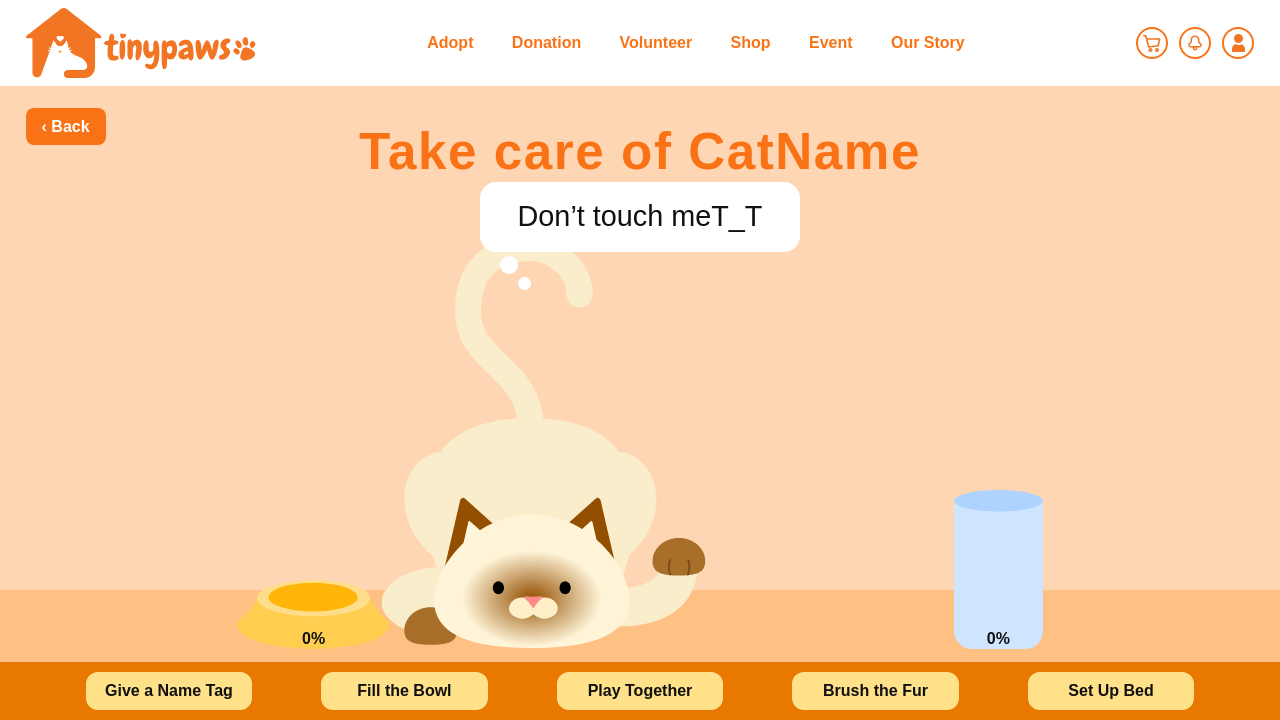
Repository: LShuyanLi/TinyPaws
Page: /, after clicking the first element matching `div > div`
The author's editor kept a copy of each file at every save. The page is drawn from the files as they stood at one save, then again after the next save.
The browser window is 1280 px wide. The pictures show the whole page.
The project was rebuilt for these pictures with package versions that can differ from the ones it lists, and the page was loaded fresh each time. The framework's server and built-in components were replaced by stand-ins that run in the browser. Also part of the build but not shown: next.config.mjs.

Above is the page before, as saved 2026-05-09 23:44:56.

### app/layout.js
import { Geist, Geist_Mono } from "next/font/google";
import "./globals.css";

const geistSans = Geist({
  variable: "--font-geist-sans",
  subsets: ["latin"],
});

const geistMono = Geist_Mono({
  variable: "--font-geist-mono",
  subsets: ["latin"],
});

export const metadata = {
  title: "Create Next App",
  description: "Generated by create next app",
};

export default function RootLayout({ children }) {
  return (
    <html lang="en" className={`${geistSans.variable} ${geistMono.variable}`}>
      <body>{children}</body>
    </html>
  );
}

### app/page.js
"use client";

import { useState } from "react";

import Header from "@/components/shared/Header";
import ChooseScreen from "@/components/shuyan/ChooseScreen";
import PlayScreen from "@/components/shuyan/PlayScreen";



export default function Home() {
  const [screen, setScreen] = useState("choose");
  const [selectedCat, setSelectedCat] = useState(null);

  function goToChoose() {
    setScreen("choose");
  }

  function goToPlay(catImage) {
    setSelectedCat(catImage);
    setScreen("play");
  }

  return (
    <main
      style={{
        width: "100vw",
        height: "100vh",
        margin: 0,
        overflow: "hidden",
        fontFamily: "Arial, Helvetica, sans-serif",
        backgroundColor: "#ffd6b3",
      }}
    >
      <Header />

      {screen === "choose" && (
        <ChooseScreen goToPlay={goToPlay} />
      )}

      {screen === "play" && (
        <PlayScreen
        goToChoose={goToChoose}
        selectedCat={selectedCat} />
      )}
    </main>
  );
}

### app/globals.css
:root {
  --background: #ffffff;
  --foreground: #171717;
}

@media (prefers-color-scheme: dark) {
  :root {
    --background: #0a0a0a;
    --foreground: #ededed;
  }
}

html {
  height: 100%;
}

html,
body {
  max-width: 100vw;
  overflow-x: hidden;
}

body {
  min-height: 100%;
  display: flex;
  flex-direction: column;
  color: var(--foreground);
  background: var(--background);
  font-family: Arial, Helvetica, sans-serif;
  -webkit-font-smoothing: antialiased;
  -moz-osx-font-smoothing: grayscale;
}

* {
  box-sizing: border-box;
  padding: 0;
  margin: 0;
}

a {
  color: inherit;
  text-decoration: none;
}

@media (prefers-color-scheme: dark) {
  html {
    color-scheme: dark;
  }
}

### components/shared/Header.jsx
// Displays the decorative top navigation area with the logo, nav menu, and icons.

export default function Header() {
  return (
    <header
      style={{
        width: "100%",
        height: "12vh",
        backgroundColor: "#ffffff",
        display: "flex",
        alignItems: "center",
        justifyContent: "space-between",
        padding: "0 2vw",
        boxSizing: "border-box",
      }}
    >
      <img
        src="/Logo.svg"
        alt="TinyPaws logo"
        style={{
          width: "18vw",
          minWidth: "150px",
          maxWidth: "270px",
          height: "auto",
        }}
      />

      <nav
        style={{
          display: "flex",
          gap: "3vw",
          color: "#f97316",
          fontWeight: "700",
          fontSize: "1rem",
        }}
      >
        <span>Adopt</span>
        <span>Donation</span>
        <span>Volunteer</span>
        <span>Shop</span>
        <span>Event</span>
        <span>Our Story</span>
      </nav>

      <div
        style={{
          display: "flex",
          gap: "0.7rem",
        }}
      >
        <button style={iconButtonStyle}>
         <img src="/chart.svg" style={iconImageStyle} />
        </button>

        <button style={iconButtonStyle}>
          <img src="/bell.svg" style={iconImageStyle} />
        </button>

        <button style={iconButtonStyle}>
         <img src="/user.svg" style={iconImageStyle} />
        </button>
      </div>
    </header>
  );
}

const iconButtonStyle = {
  width: "2rem",
  height: "2rem",
  border: "2px solid #f97316",
  borderRadius: "50%",
  backgroundColor: "#ffffff",
  color: "#f97316",
  cursor: "pointer",
  display: "flex",
  alignItems: "center",
  justifyContent: "center",
};

const iconImageStyle = {
  width: "1.1rem",
  height: "1.1rem",
  objectFit: "contain",
  display: "block",
};

### components/shuyan/ChooseScreen.jsx
import PokeCatBall from "@/components/shuyan/PokeCatBall";

export default function ChooseScreen({ goToPlay }) {

    return (
        <section
        style={{
            position: "relative",
            width: "100%",
            height: "88vh",
            backgroundColor: "#ffd6b3",
        }}
        >

        <h1
            style={{
            margin: 0,
            paddingTop: "5vh",
            textAlign: "center",
            color: "#f97316",
            fontSize: "clamp(2rem, 4vw, 3.3rem)",
            fontWeight: "700",
            letterSpacing: "0.03em",
            }}
        >
            Choose Your New Little Friend
        </h1>

        <div
            style={{
            position: "relative",
            zIndex: 5,
            width: "100%",
            display: "flex",
            justifyContent: "space-around",
            alignItems: "flex-start",
            marginTop: "8vh",
            padding: "0 4vw",
            boxSizing: "border-box",
            }}
        >
            <PokeCatBall
                closeBall="/CloseBall.svg"
                openBall="/OpenBall-1.svg"
                catImage="/cat-1.svg"
                goToPlay={goToPlay} />
            <PokeCatBall
                closeBall="/CloseBall.svg"
                openBall="/OpenBall-2.svg"
                catImage="/cat-2.svg"
                goToPlay={goToPlay} />
            <PokeCatBall
                closeBall="/CloseBall.svg"
                openBall="/OpenBall-3.svg"
                catImage="/cat-3.svg"
                goToPlay={goToPlay} />
        </div>

        <div
            style={{
            position: "absolute",
            left: 0,
            bottom: "7.5vh",
            width: "100%",
            height: "10vh",
            backgroundColor: "#ffc083",
            }}
        />

        <div
            style={{
            position: "absolute",
            left: 0,
            bottom: 0,
            width: "100%",
            height: "7.5vh",
            backgroundColor: "#e97800",
            }}
        />
        </section>
    );
}

### components/shuyan/PlayScreen.jsx
// PlayScreen.jsx: Builds the main cat play screen with the background, cat area, feeding area, tools, bed, and bottom buttons.

import BackButton from "@/components/shuyan/BackButton";
import BottomActionBar from "@/components/shuyan/BottomActionBar";
import CatDisplay from "@/components/shared/CatDisplay";
import FoodBowl from "@/components/Jinwon/FoodBowl";
import WaterBottle from "@/components/Jinwon/WaterBottle";
import CatEmotion from "@/components/Jessica/CatEmotion";

export default function PlayScreen({ goToChoose, selectedCat }) {
  return (
    <section
      style={{
        position: "relative",
        width: "100%",
        height: "88vh",
        backgroundColor: "#ffd6b3",
        overflow: "hidden",
      }}
    >
      <BackButton goToChoose={goToChoose}/>

      <h1
        style={{
          margin: 0,
          paddingTop: "5vh",
          textAlign: "center",
          color: "#f97316",
          fontSize: "clamp(2rem, 4vw, 3.3rem)",
          fontWeight: "700",
          letterSpacing: "0.03em",
          position: "relative",
          zIndex: 5,
        }}
      >
        Take care of CatName
      </h1>

      {/* Light orange ground */}
      <div
        style={{
          position: "absolute",
          left: 0,
          bottom: "8vh",
          width: "100%",
          height: "10vh",
          backgroundColor: "#ffc083",
          zIndex: 1,
        }}
      />

      {/* Main play area */}
      <div
        style={{
          position: "absolute",
          left: "50%",
          bottom: "10vh",
          transform: "translateX(-50%)",
          width: "75vw",
          height: "50vh",
          zIndex: 5,
        }}
      >
        <CatEmotion />
        <FoodBowl />
        <CatDisplay selectedCat={selectedCat}/>
        <WaterBottle />
      </div>

      <BottomActionBar />
    </section>
  );
}

### components/shuyan/PokeCatBall.jsx
"use client";
// Displays one selectable pokeCAT ball and shows its cat preview on hover.

import { useState } from "react";

export default function PokeCatBall({ closeBall, openBall, goToPlay, catImage }) {

    const [isHover, setIsHover] = useState(false);

    function pokecatBall() {
        if (!isHover) {
            return closeBall;
        } else {
            return openBall;
        }
    }

    return (
        <div
            onClick={() => goToPlay(catImage)}
            onMouseEnter={() => setIsHover(true)}
            onMouseLeave={() => setIsHover(false)}
            style={{
                width: "24vw",
                maxWidth: "380px",
                minWidth: "230px",
                height: "50vh",
                display: "flex",
                alignItems: "flex-start",
                justifyContent: "center",
                cursor: "pointer"
            }}
        >
        <img
            src={pokecatBall()}
            style={{
            width: "90%",
            objectFit: "contain",
            display: "block",
            }}
        />
        </div>
    );
}

### components/shuyan/BackButton.jsx
// Displays the back button and returns the user to the cat selection screen.


export default function BackButton({ goToChoose }) {
  return (
    <button
        onClick={goToChoose}
        style={{
            position: "absolute",
            top: "3vh",
            left: "2vw",
            backgroundColor: "#f97316",
            color: "#ffffff",
            border: "none",
            borderRadius: "8px",
            padding: "0.6rem 1rem",
            fontSize: "1rem",
            fontWeight: "600",
            cursor: "pointer",
            zIndex: 10,
      }}
    >
      ‹ Back
    </button>
  );
}

### components/shuyan/BottomActionBar.jsx
"use client";

// BottomActionBar.jsx: Displays the bottom interaction buttons and shows each hover bubble.

import { useState } from "react";

export default function BottomActionBar( {
  activeButton,
  setActiveButton,
  setSelectedBed, //these three are for the bed feature
  ballSpeed,
  setBallSpeed, //these two are for the play ball feature
  featherActive,
  setFeatherActive,
}) {
  return (
    <div
      style={{
        position: "absolute",
        left: 0,
        bottom: 0,
        width: "100%",
        height: "8vh",
        backgroundColor: "#e97800",
        display: "flex",
        alignItems: "center",
        justifyContent: "space-around",
        padding: "0 4vw",
        boxSizing: "border-box",
        zIndex: 20,
      }}
    >
      {/* Name button - Elina can connect this to NameTag modal later */}
      <div style={{ position: "relative" }}>
        <button style={buttonStyle}>Give a Name Tag</button>
      </div>

      {/* Feed button - Jinwon */}
      <div
        onMouseEnter={() => setActiveButton("feed")}
        onMouseLeave={() => setActiveButton(null)}
        style={{ position: "relative" }}
      >
        {activeButton === "feed" && (
          <div style={bubbleStyle}>
            <img src="/bubble-3.svg" style={bubbleBackgroundStyle} />

            {/* dry food option - Jinwon can add onClick here */}
            <img
              src="/dryfood.svg"
              style={{
                position: "absolute",
                top: "8%",
                left: "50%",
                transform: "translateX(-50%)",
                width: "45%",
                height: "auto",
                cursor: "pointer",
              }}
            />

            {/* wet food option - Jinwon can add onClick here */}
            <img
              src="/wetfood.svg"
              style={{
                position: "absolute",
                top: "34%",
                left: "50%",
                transform: "translateX(-50%)",
                width: "45%",
                height: "auto",
                cursor: "pointer",
              }}
            />

            {/* water option - Jinwon can add onClick here */}
            <img
              src="/water.svg"
              style={{
                position: "absolute",
                top: "60%",
                left: "50%",
                transform: "translateX(-50%)",
                width: "38%",
                height: "auto",
                cursor: "pointer",
              }}
            />
          </div>
        )}

        <button style={buttonStyle}>Fill the Bowl</button>
      </div>

      {/* Play button - Jonah handles ball/feather, Elina handles hand */}
      <div
        style={{ position: "relative" }}
      >
        {activeButton === "play" && (
          <div style={bubbleStyle}>
            <img src="/bubble-3.svg" style={bubbleBackgroundStyle} />

            {/* ball option - Jonah can add onClick here */}
            <img
              src="/ball.svg"
                onClick={() => {
                setFeatherActive(false);

                setBallSpeed(prev =>
                  prev === "stop"
                    ? "slow"
                    : prev === "slow"
                    ? "fast"
                    : "stop"
                );
              }}
              style={{
                position: "absolute",
                top: "8%",
                left: "50%",
                transform: "translateX(-50%)",
                width: "42%",
                height: "auto",
                cursor: "pointer",
                opacity: ballSpeed === "stop" ? 0.5 : 1
              }}
            />

            {/* feather option - Jonah can add onClick here */}
            <img
              src="/feather.svg"
              onClick={() => {
                setBallSpeed("stop");
                setFeatherActive(prev => !prev);
              }}
              style={{
                position: "absolute",
                top: "30%",
                left: "50%",
                transform: "translateX(-50%)",
                width: "55%",
                height: "auto",
                cursor: "pointer",
              }}
            />

            {/* hand option - Elina can add onClick here */}
            <img
              src="/hand.svg"
              style={{
                position: "absolute",
                top: "55%",
                left: "50%",
                transform: "translateX(-50%)",
                width: "42%",
                height: "auto",
                cursor: "pointer",
              }}
            />
          </div>
        )}

        <button
          style={buttonStyle}
          onClick={() =>
            setActiveButton(activeButton === "play" ? null : "play")
          }
        >Play Together</button>
      </div>

      {/* Brush button - Elina */}
      <div
        onMouseEnter={() => setActiveButton("brush")}
        onMouseLeave={() => setActiveButton(null)}
        style={{ position: "relative" }}
      >
        {activeButton === "brush" && (
          <div style={bubbleStyle}>
            <img src="/bubble-1.svg" style={bubbleBackgroundStyle} />

            {/* brush option - Elina can add onClick here */}
            <img
              src="/brush.svg"
              style={{
                position: "absolute",
                top: "22%",
                left: "50%",
                transform: "translateX(-50%)",
                width: "55%",
                height: "auto",
                cursor: "pointer",
              }}
            />
          </div>
        )}

        <button style={buttonStyle}>Brush the Fur</button>
      </div>

      {/* Bed button - Jonah */}
      <div
        style={{ position: "relative" }}
      >
        {activeButton === "bed" && (
          <div style={bubbleStyle}>
            <img src="/bubble-2.svg" style={bubbleBackgroundStyle} />

            {/* yellow bed option - Jonah can add onClick here */}
            <img
              src="/bed-1.svg"
              onClick={() => {
                setSelectedBed(prev =>
                  prev === "yellow" ? null : "yellow"
                );
              }}
              style={{
                position: "absolute",
                top: "12%",
                left: "50%",
                transform: "translateX(-50%)",
                width: "55%",
                height: "auto",
                cursor: "pointer",
              }}
            />

            {/* green bed option - Jonah can add onClick here */}
            <img
              src="/bed-2.png"
              onClick={() => {
                setSelectedBed(prev =>
                  prev === "green" ? null : "green"
                );
              }}
              style={{
                position: "absolute",
                top: "48%",
                left: "50%",
                transform: "translateX(-50%)",
                width: "55%",
                height: "auto",
                cursor: "pointer",
              }}
            />
          </div>
        )}

        <button
          style={buttonStyle}
          onClick={() =>
            setActiveButton(activeButton === "bed" ? null : "bed")
          }
        >Set Up Bed</button>
      </div>
    </div>
  );
}

const buttonStyle = {
  width: "13vw",
  minWidth: "150px",
  maxWidth: "200px",
  height: "2.4rem",
  border: "none",
  borderRadius: "12px",
  backgroundColor: "#ffe18a",
  color: "#111111",
  fontSize: "1rem",
  fontWeight: "600",
  cursor: "pointer",
};

const bubbleStyle = {
  position: "absolute",
  left: "50%",
  bottom: "3.4rem",
  transform: "translateX(-50%)",
  width: "7vw",
  minWidth: "95px",
  maxWidth: "140px",
  zIndex: 40,
};

const bubbleBackgroundStyle = {
  width: "100%",
  height: "auto",
  display: "block",
};

### components/shared/CatDisplay.jsx
// CatDisplay.jsx: Displays the selected cat image on the play screen.

export default function CatDisplay({
  selectedBed,
  ballSpeed,
  featherActive,
}) {
  let catImage = "/cat-1.svg";

  let catStyle = {
    width: "50%",
    height: "50%",
    objectFit: "contain",
    position: "absolute",
    bottom: "0px",
    left: "110px",
  };

  if (featherActive) {
    catImage = "/catreach-1.svg";

    catStyle = {
      ...catStyle,
      width: "110%",
      left: "0px",
    }

  } else if (ballSpeed !== "stop") {
    catImage = "/catcrouch-1.svg";
  }

  return (
    <div
      style={{
        position: "absolute",
        left: "50%",
        bottom: "0",
        transform: "translateX(-50%)",
        zIndex: 1,
      }}
    >
      {selectedBed === "yellow" && (
        <img
          src="/yellow-bed.svg"
          style={{
            position: "absolute",
            bottom: "-130px",
            left: "50%",
            transform: "translateX(-50%)",
            width: "30vw",
            minWidth: "200px",
            zIndex: 0,
          }}
        />
      )}

      {selectedBed === "green" && (
        <img
          src="/green-bed.svg"
          style={{
            position: "absolute",
            bottom: "-130px",
            left: "50%",
            transform: "translateX(-50%)",
            width: "30vw",
            minWidth: "200px",
            zIndex: 0,
          }}
        />
      )}
      <div
        style={{
          width: "825px",
          height: "825px",
          position: "relative",
        }}
      >
        <img
          src={catImage}
          style={catStyle}
        />
      </div>
    </div>
  );
}

### components/Jinwon/FoodBowl.jsx
// FoodBowl.jsx: Displays the bowl and shows dry or wet food when the bowl is clicked.

export default function FoodBowl({ bowlType }) {
  const isBowlFilled = bowlType === "dry" || bowlType === "wet";
  const fillImage = bowlType === "wet" ? "/wetfood.svg" : "/dryfood.svg";

  return (
    <div
      style={{
        position: "absolute",
        left: "8%",
        bottom: "0",
        zIndex: 10,
        textAlign: "center",
      }}
    >
      <img
        src="/bowl.svg"
        style={{
          width: "12vw",
          minWidth: "120px",
          maxWidth: "190px",
          height: "auto",
          display: "block",
        }}
      />

      {isBowlFilled && (
        <img
          src={fillImage}
          style={{
            position: "absolute",
            left: "50%",
            bottom: "22px",
            transform: "translateX(-50%)",
            width: "50%",
            height: "auto",
          }}
        />
      )}

      <p
        style={{
          margin: "-1.2rem 0 0",
          color: "#111111",
          fontSize: "1rem",
          fontWeight: "700",
        }}
      >
        {isBowlFilled ? "100%" : "0%"}
      </p>
    </div>
  );
}

### components/Jinwon/WaterBottle.jsx
// WaterBottle.jsx: Displays the water bottle and shows water level when the bottle is clicked.

export default function WaterBottle({ hasWater }) {
  const isBottleFilled = hasWater;

  return (
    <div
      style={{
        position: "absolute",
        right: "8%",
        bottom: "0",
        zIndex: 10,
        textAlign: "center",
      }}
    >
      <img
        src="/water-bottle.svg"
        style={{
          width: "7vw",
          minWidth: "80px",
          maxWidth: "130px",
          height: "auto",
          display: "block",
        }}
      />

      {isBottleFilled && (
        <img
          src="/water.svg"
          style={{
            position: "absolute",
            left: "50%",
            bottom: "22px",
            transform: "translateX(-50%)",
            width: "44%",
            height: "auto",
          }}
        />
      )}

      <p
        style={{
          margin: "-1.2rem 0 0",
          color: "#111111",
          fontSize: "1rem",
          fontWeight: "700",
        }}
      >
        {isBottleFilled ? "100%" : "0%"}
      </p>
    </div>
  );
}

### components/Jessica/CatEmotion.jsx
// CatEmotion.jsx: Displays the cat’s emotion emoji and thought bubble based on interaction results.

export default function CatEmotion() {
  return (
    <div
      style={{
        position: "absolute",
        left: "50%",
        bottom: "55vh",
        transform: "translateX(-50%)",
        zIndex: 30,
      }}
    >
      {/* Thought bubble box */}
      <div
        style={{
          position: "relative",
          width: "320px",
          minHeight: "70px",
          backgroundColor: "#ffffff",
          borderRadius: "16px",
          display: "flex",
          alignItems: "center",
          justifyContent: "center",
          padding: "0 1.5rem",
          boxSizing: "border-box",
          color: "#111111",
          fontSize: "1.8rem",
          fontWeight: "400",
        }}
      >
        Don’t touch meT_T
      </div>

      {/* Small bubble dots */}
      <div
        style={{
          position: "absolute",
          left: "20px",
          bottom: "-22px",
          width: "18px",
          height: "18px",
          backgroundColor: "#ffffff",
          borderRadius: "50%",
        }}
      />

      <div
        style={{
          position: "absolute",
          left: "38px",
          bottom: "-38px",
          width: "13px",
          height: "13px",
          backgroundColor: "#ffffff",
          borderRadius: "50%",
        }}
      />
    </div>
  );
}

After the next save:
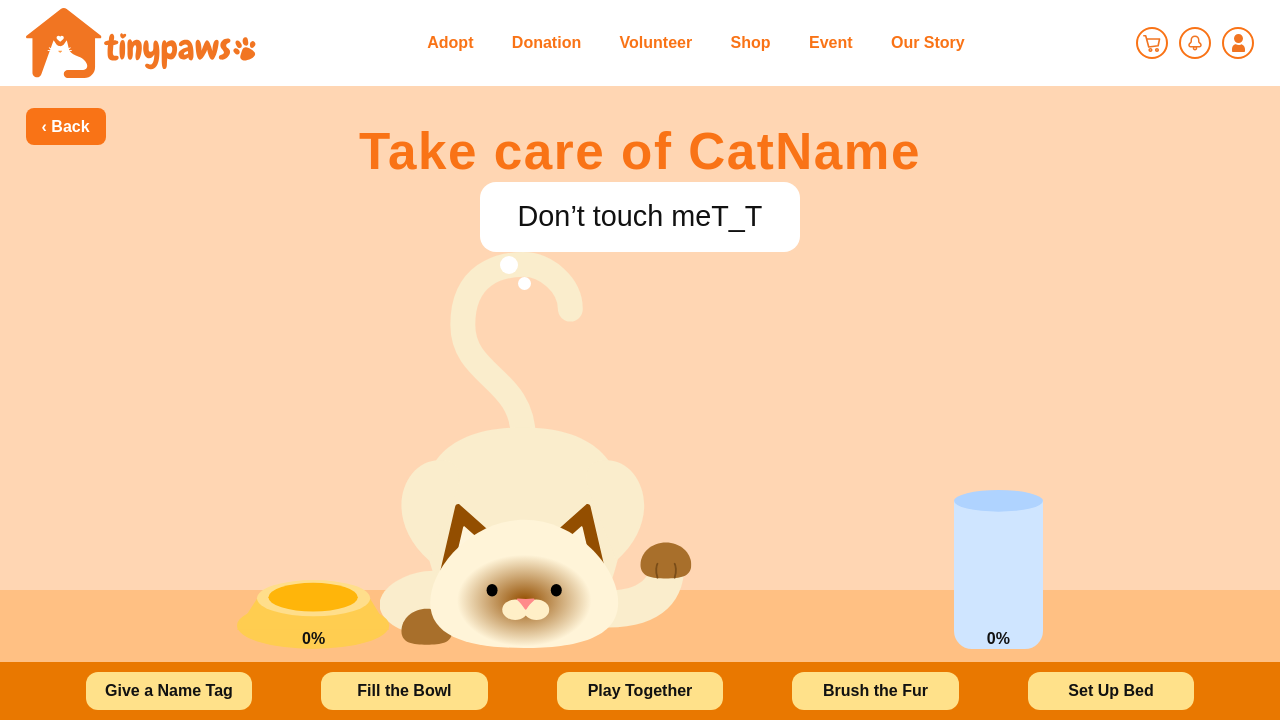
Saved 10 s later.
--- a/components/shared/CatDisplay.jsx
+++ b/components/shared/CatDisplay.jsx
@@ -8,8 +8,8 @@ export default function CatDisplay({
   let catImage = "/cat-1.svg";
 
   let catStyle = {
-    width: "50%",
-    height: "50%",
+    width: "48%",
+    height: "48%",
     objectFit: "contain",
     position: "absolute",
     bottom: "0px",
